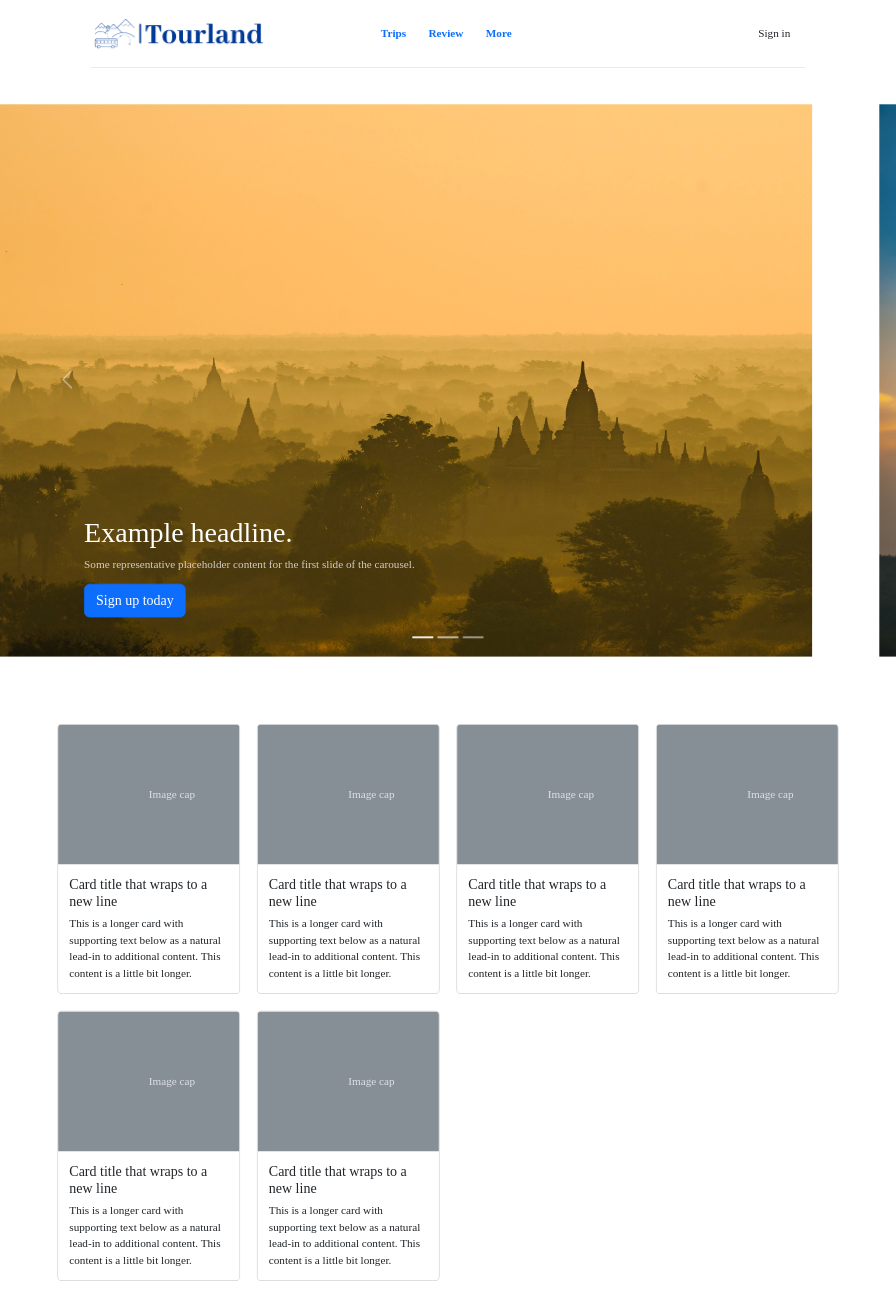
Repository: nyeinsu4520/tourland
Page: http://localhost/index
The author's editor kept a copy of each file at every save. The page is drawn from the files as they stood at one save, then again after the next save.
The browser window is 1280 px wide. The pictures show the whole page, at 70% of full size.
Some web fonts or font styles are not loaded; a fallback is used. The page is this project's Thymeleaf template; nobody is signed in. The template is opened directly, without the code that normally fills it, so the values that code supplies are empty.

Above is the page before, as saved 2024-05-31 17:21:12.

After the next save:
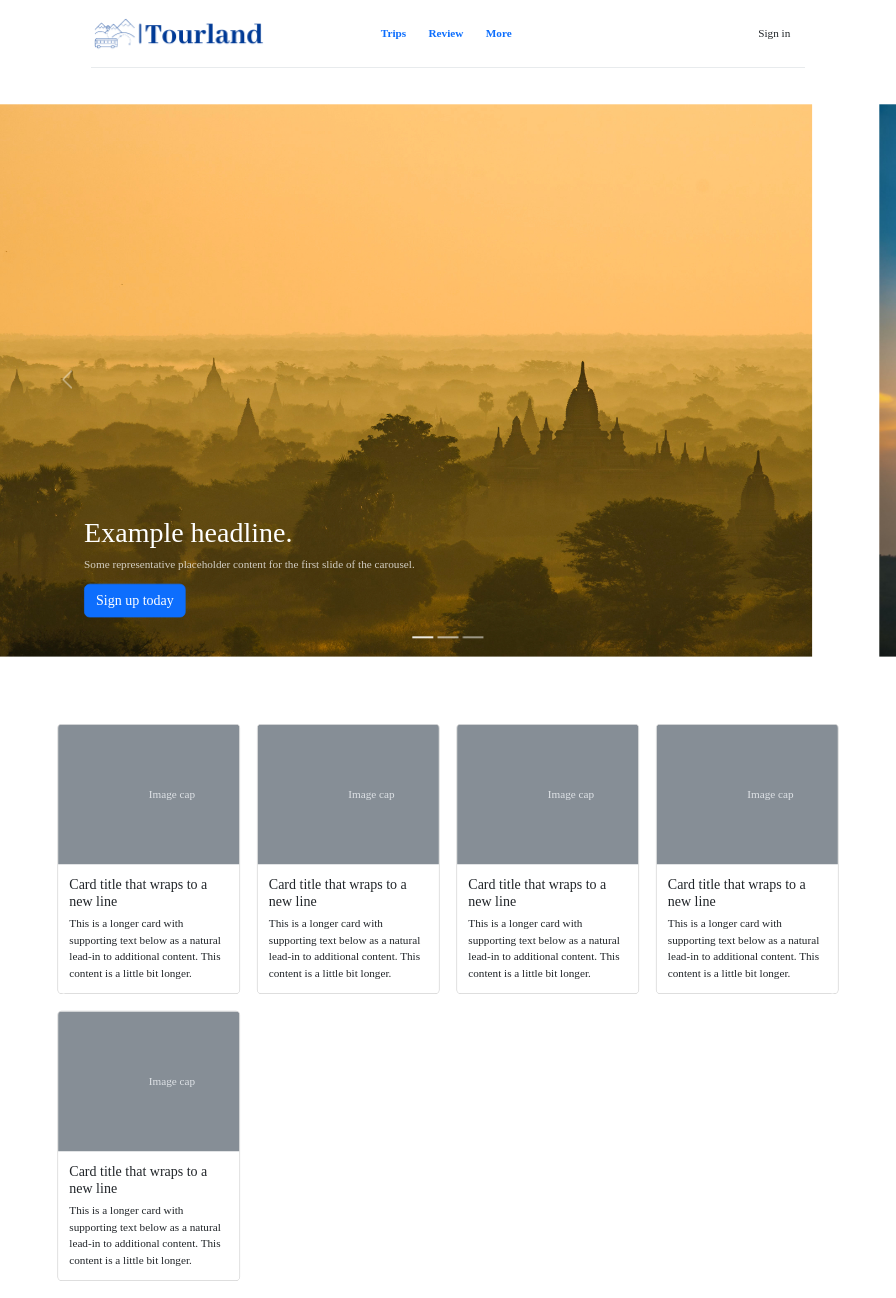
Saved 7 s later.
--- a/Tourland/src/main/resources/templates/index.html
+++ b/Tourland/src/main/resources/templates/index.html
@@ -176,15 +176,7 @@
                             </div>
                         </div>
                     </div>
-                    <div class="col-sm-6 col-md-4 col-lg-3 mb-4">
-                        <div class="card">
-                            <svg class="bd-placeholder-img card-img-top" width="100%" height="200" xmlns="http://www.w3.org/2000/svg" role="img" aria-label="Placeholder: Image cap" preserveAspectRatio="xMidYMid slice" focusable="false"><title>Placeholder</title><rect width="100%" height="100%" fill="#868e96"/><text x="50%" y="50%" fill="#dee2e6" dy=".3em">Image cap</text></svg>
-                            <div class="card-body">
-                                <h5 class="card-title">Card title that wraps to a new line</h5>
-                                <p class="card-text">This is a longer card with supporting text below as a natural lead-in to additional content. This content is a little bit longer.</p>
-                            </div>
-                        </div>
-                    </div>
+
                 </div>
             </div>
         </div>
